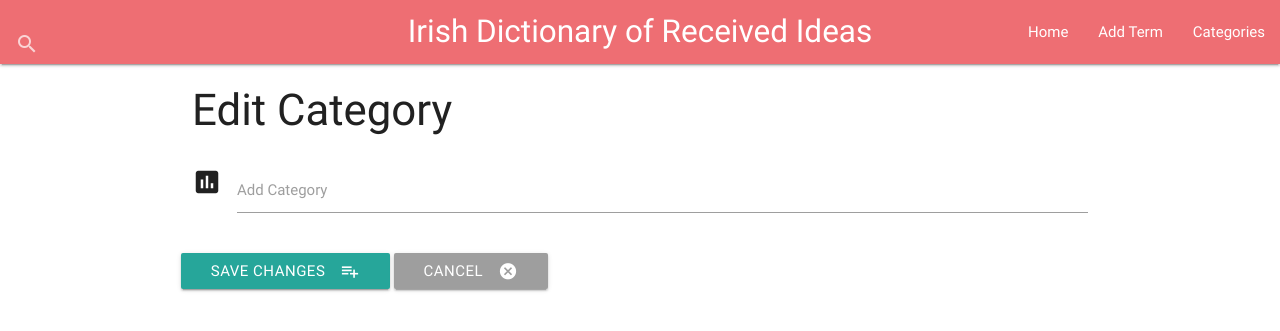
Repository: kalkiboru111/irish-dictionary-of-received-ideas
Page: http://localhost/add_category
The author's editor kept a record of every edit. The page is drawn from the files as they stood at one moment, then again after the next edit.
The browser window is 1280 px wide. The pictures show the whole page.
Some web libraries are served in a nearby version. The page is served by the project's application, run on Flask 3 (app.py).

Above is the page before.
Console error: TypeError: $(...).sidenav is not a function

### templates/addcategory.html
{% extends 'base.html'%}

{% block content %}
<h3>Edit Category</h3>
<div class="row">
    <form action="{{ url_for('insert_category') }}" method="POST" class="col s12">
        <div class="row">
            <div class="input-field col s12">
                <i class="material-icons prefix">poll</i>
                <input id="category_name" name="category_name" type="text" class="validate">
                <label for="category_name">Add Category</label>
            </div>
        </div>

        <div class="row">
            <button class="btn waves-effect waves-light" type="submit" name="action">Save Changes
                <i class="material-icons right">playlist_add</i>
             </button>
            <a href="{{ url_for('get_categories') }}" class="waves-effect waves-light btn grey">
                <i class="material-icons right">cancel</i>Cancel
            </a>
        </div>
    </form>
</div>
{% endblock %}

### templates/base.html
<!DOCTYPE html>
<html>

<head>

    <!--Google Icon Font-->
    <link href="https://fonts.googleapis.com/icon?family=Material+Icons" rel="stylesheet">

     <!--Materialise CSS-->
    <link rel="stylesheet" href="https://cdnjs.cloudflare.com/ajax/libs/materialize/0.100.2/css/materialize.min.css">

     <!--Custom CSS stylesheet-->
    <link rel="stylesheet" href="{{url_for('static', filename='css/style.css')}}" type="text/css" />

     <!--Font Awesome-->
    <script src="https://kit.fontawesome.com/845efe5847.js"></script>
</head>

<body>
    <header>
        <nav>
            <div class="nav-wrapper">
                <ul>
                    <li><a href="{{url_for('get_terms')}}" class="brand-logo center">Irish Dictionary of Received Ideas</a></li>
                </ul>
                <form action="{{url_for('search')}}" method="POST" class="search_box">
                    <div class="input-field">
                        <input id="search" name="query" class="autocomplete" type="search" required>
                        <label for="search"><i class="material-icons">search</i></label>
                        <i class="material-icons icon-close">close</i>
                    </div>
                </form>
                <ul id="main-menu" class="right">
                    <li><a href="{{url_for('get_terms')}}">Home</a></li>
                    <li><a href="{{url_for('add_term')}}">Add Term</a></li>
                    <li><a href="{{url_for('get_categories')}}">Categories</a></li>
                </ul>
            </div>
        </nav>
    </header>
    <div class="container">
        {% block content %} {% endblock %}
    </div>

    <!--jQuery before materialize.js-->
    <script src="https://cdnjs.cloudflare.com/ajax/libs/jquery/3.2.1/jquery.min.js"></script>

    <!--Materialize JS-->
    <script src="https://cdnjs.cloudflare.com/ajax/libs/materialize/0.100.2/js/materialize.min.js"></script>

    <!--jQuery-->
    <script type="text/javascript">
        $(document).ready(function() {
            $('select').material_select();
            $('.sidenav').sidenav();
            $('input.autocomplete').autocomplete({
                data: {
                    "Apple": null,
                    "Microsoft": null,
                    "Google": 'https://placehold.it/250x250'
                },
            });
        });
    </script>

     <!-- hilitor highlights search queries on results page -->
    <script type="text/javascript" src="{{url_for('static', filename='hilitor.js')}}"></script>
    <script>
        var myHilitor = new Hilitor();
        myHilitor.apply("{{query}}");
    </script>

</body>

</html>

### app.py
import os
from flask import Flask, render_template, redirect, request, url_for
from flask_pymongo import PyMongo
from bson.objectid import ObjectId

app = Flask(__name__)

app.config['MONGO_DBNAME'] = 'irish_dictionary'
app.config["MONGO_URI"] = os.getenv("MONGO_URI")

mongo = PyMongo(app)

@app.route('/')

# Home - displays dictionary.
@app.route('/get_terms')
def get_terms():
    return render_template("terms.html",
    terms=mongo.db.terms.find())

# Add Term - provides users with form to add terms.
@app.route('/add_term')
def add_term():
    return render_template("add_term.html",
    categories=mongo.db.categories.find())

@app.route('/insert_term', methods=['POST'])
def insert_term():
    terms = mongo.db.terms
    terms.insert_one(request.form.to_dict())
    return redirect(url_for('get_terms'))

# Edit Term - provides users with form to edit terms.
@app.route('/edit_term/<term_id>')
def edit_term(term_id):
    the_term =  mongo.db.terms.find_one({"_id": ObjectId(term_id)})
    all_categories =  mongo.db.categories.find()
    print(mongo.db)
    return render_template('edit_term.html', term=the_term,
                           categories=all_categories)


@app.route('/update_term/<term_id>', methods=['POST'])
def update_term(term_id):
    terms = mongo.db.terms
    terms.update( {"_id": ObjectId(term_id)},
    {   'term_name':request.form.get('term_name'),
        'category_name':request.form.get('category_name'),
        'term_definition': request.form.get('term_definition'),
        'term_origin':request.form.get('term_origin')
    })
    return redirect(url_for('get_terms'))

# Delete Term - provides users with means to delete terms.
@app.route('/delete_term/<term_id>')
def delete_term(term_id):
    mongo.db.terms.remove({"_id": ObjectId(term_id)})
    return redirect(url_for('get_terms'))

# Categories - displays all categories.
@app.route('/get_categories')
def get_categories():
    return render_template("categories.html",
    categories=mongo.db.categories.find())

# Edit Category - provides users with means to edit categories.
@app.route('/edit_category/<category_id>')
def edit_category(category_id):
    return render_template('editcategory.html',
    category=mongo.db.categories.find_one(
    {'_id': ObjectId(category_id)}))

@app.route('/update_category/<category_id>', methods=['POST'])
def update_category(category_id):
    mongo.db.categories.update(
        {'_id': ObjectId(category_id)},
        {'category_name': request.form.get('category_name')})
    return redirect(url_for('get_categories'))

# Delete Category - provides users with means to delete category.
@app.route('/delete__category/<category_id>')
def delete_category(category_id):
    mongo.db.categories.remove(
        {'_id': ObjectId(category_id)})
    return redirect(url_for('get_categories'))

@app.route('/insert_category', methods=['POST'])
def insert_category():
    category_doc = {'category_name': request.form.get('category_name')},
    mongo.db.categories.insert_one(category_doc)
    return redirect(url_for('get_categories'))

#Add Category - provides users with means to add categories.
@app.route('/add_category')
def add_category():
    return render_template('addcategory.html')

#Search - provides users with means to text search through terms, categories and definitions.
@app.route('/search', methods=['POST'])
def search():
    query = request.form.get('query')
    results = mongo.db.terms.find({ "$text": { "$search": query } } )
    return render_template( "search.html", results=results, query=query)

if __name__ == '__main__':
    app.run(host=os.environ.get('IP'),
            port=int(os.environ.get('PORT')),
            debug=True)

### static/css/style.css
/* body {
    background-color: red;
} */



#main-menu {position:absolute; right:0; top : 0;}

.brand-logo {position:absolute; z-index: 9;}

### static/hilitor.js
// Original JavaScript code by Chirp Internet: www.chirp.com.au
// Please acknowledge use of this code by including this header.

function Hilitor(id, tag)
{

  // private variables
  var targetNode = document.getElementById(id) || document.body;
  var hiliteTag = tag || "MARK";
  var skipTags = new RegExp("^(?:" + hiliteTag + "|SCRIPT|FORM|SPAN)$");
  var colors = ["#ff6", "#a0ffff", "#9f9", "#f99", "#f6f"];
  var wordColor = [];
  var colorIdx = 0;
  var matchRegExp = "";
  var openLeft = false;
  var openRight = false;

  // characters to strip from start and end of the input string
  var endRegExp = new RegExp('^[^\\w]+|[^\\w]+$', "g");

  // characters used to break up the input string into words
  var breakRegExp = new RegExp('[^\\w\'-]+', "g");

  this.setEndRegExp = function(regex) {
    endRegExp = regex;
    return endRegExp;
  };

  this.setBreakRegExp = function(regex) {
    breakRegExp = regex;
    return breakRegExp;
  };

  this.setMatchType = function(type)
  {
    switch(type)
    {
      case "left":
        this.openLeft = false;
        this.openRight = true;
        break;

      case "right":
        this.openLeft = true;
        this.openRight = false;
        break;

      case "open":
        this.openLeft = this.openRight = true;
        break;

      default:
        this.openLeft = this.openRight = false;

    }
  };

  this.setRegex = function(input)
  {
    input = input.replace(endRegExp, "");
    input = input.replace(breakRegExp, "|");
    input = input.replace(/^\||\|$/g, "");
    if(input) {
      var re = "(" + input + ")";
      if(!this.openLeft) re = "\\b" + re;
      if(!this.openRight) re = re + "\\b";
      matchRegExp = new RegExp(re, "i");
      return matchRegExp;
    }
    return false;
  };

  this.getRegex = function()
  {
    var retval = matchRegExp.toString();
    retval = retval.replace(/(^\/(\\b)?|\(|\)|(\\b)?\/i$)/g, "");
    retval = retval.replace(/\|/g, " ");
    return retval;
  };

  // recursively apply word highlighting
  this.hiliteWords = function(node)
  {
    if(node === undefined || !node) return;
    if(!matchRegExp) return;
    if(skipTags.test(node.nodeName)) return;

    if(node.hasChildNodes()) {
      for(var i=0; i < node.childNodes.length; i++)
        this.hiliteWords(node.childNodes[i]);
    }
    if(node.nodeType == 3) { // NODE_TEXT
      if((nv = node.nodeValue) && (regs = matchRegExp.exec(nv))) {
        if(!wordColor[regs[0].toLowerCase()]) {
          wordColor[regs[0].toLowerCase()] = colors[colorIdx++ % colors.length];
        }

        var match = document.createElement(hiliteTag);
        match.appendChild(document.createTextNode(regs[0]));
        match.style.backgroundColor = wordColor[regs[0].toLowerCase()];
        match.style.color = "#000";

        var after = node.splitText(regs.index);
        after.nodeValue = after.nodeValue.substring(regs[0].length);
        node.parentNode.insertBefore(match, after);
      }
    };
  };

  // remove highlighting
  this.remove = function()
  {
    var arr = document.getElementsByTagName(hiliteTag);
    while(arr.length && (el = arr[0])) {
      var parent = el.parentNode;
      parent.replaceChild(el.firstChild, el);
      parent.normalize();
    }
  };

  // start highlighting at target node
  this.apply = function(input)
  {
    this.remove();
    if(input === undefined || !input) return;
    if(this.setRegex(input)) {
      this.hiliteWords(targetNode);
    }
    return matchRegExp;
  };

}

After the next edit:
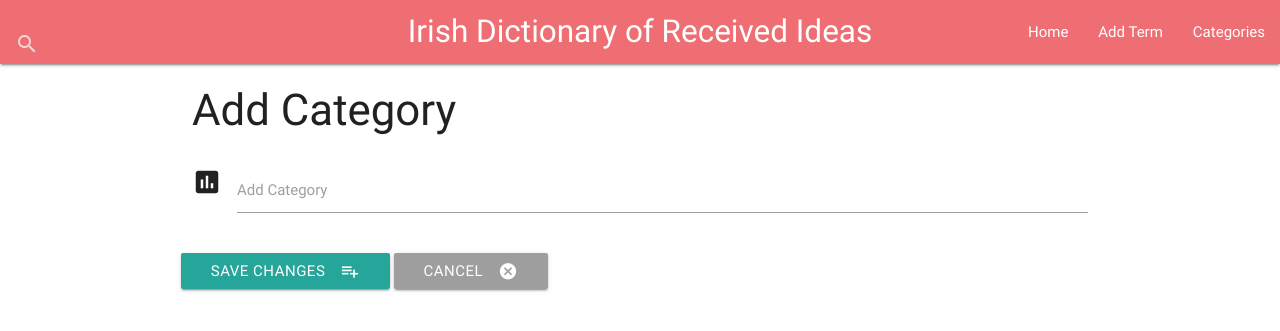
The edit:
--- a/templates/addcategory.html
+++ b/templates/addcategory.html
@@ -1,7 +1,7 @@
 {% extends 'base.html'%}
 
 {% block content %}
-<h3>Edit Category</h3>
+<h3>Add Category</h3>
 <div class="row">
     <form action="{{ url_for('insert_category') }}" method="POST" class="col s12">
         <div class="row">
